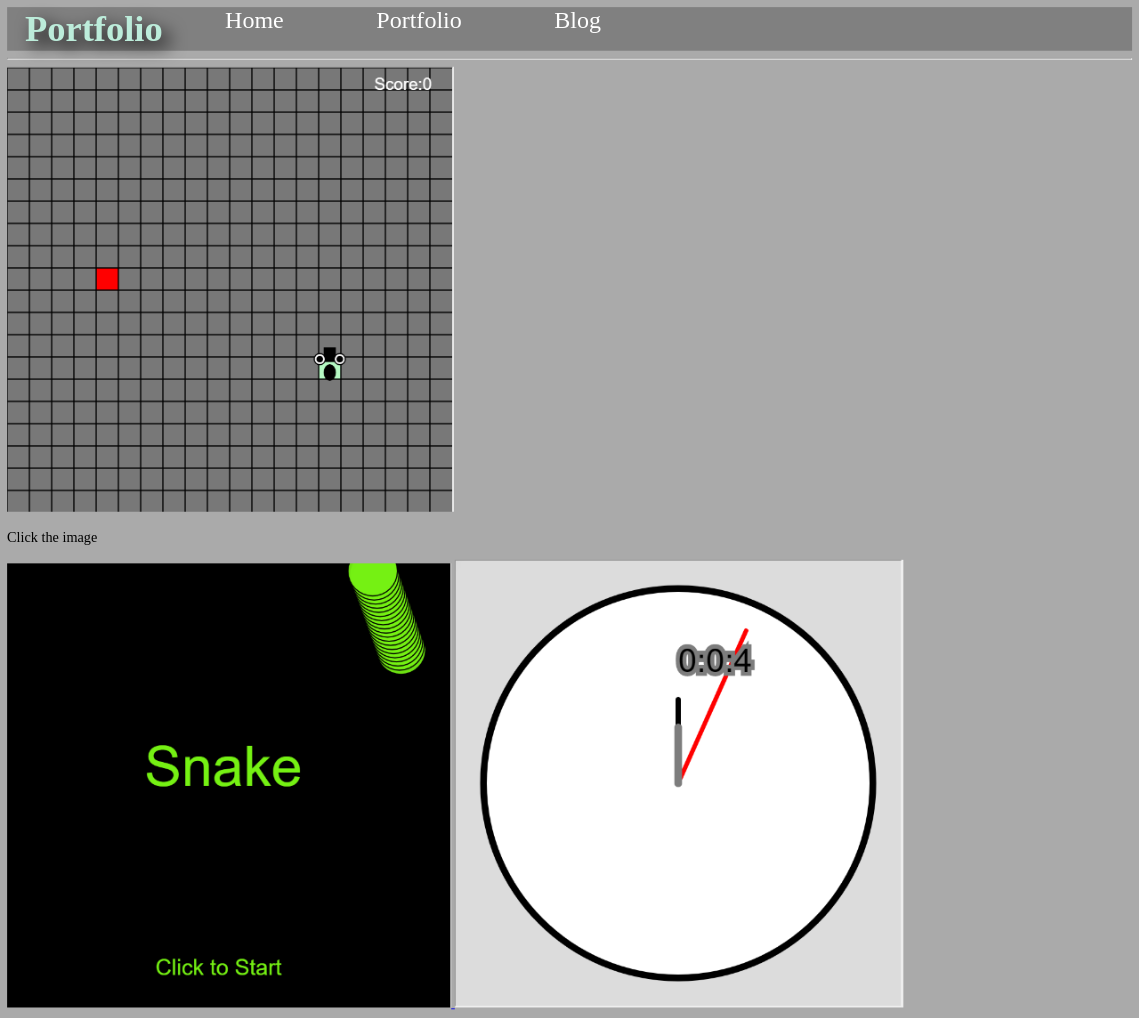
Repository: TundraGrassland/-TundraGrassland.github.io
Page: portfolio.html
The author's editor kept a record of every edit. The page is drawn from the files as they stood at one moment, then again after the next edit.
The browser window is 1280 px wide. The pictures show the whole page, at 89% of full size.

Above is the page before.

### portfolio.html
<!DOCTYPE html>
<html>
    <head>
        <title>Portfolio</title>
        <link rel='stylesheet' href='style.css'>
    </head>
    <body>
        <header>
            <h1>Portfolio</h1>
            <ul>
                <li><a class="interactive" href="index.html">Home</a></li>
                <li><a class="interactive" href="portfolio.html">Portfolio</a></li>
                <li><a class="interactive" href="blog.html">Blog</a></li>
            </ul>
            <br>
        </header>

        <hr>
        <a href = "ogSnake.html">
            <img src = "./img/ogSnake.png">
        </a>
        <br>
        <p>Click the image</p>
        <a href = "partySnake.html">
            <img src = "./img/partySnake.png">
        </a>
        <a href = "stopwatch.html">
            <img src = "./img/stopwatch.png">
        </a>

</html>

### style.css
header a{
    text-decoration:none;
    color:white;
    font-size:27px;
}
header ul{
    margin:0;
    padding:0;
}
header li{
    float:none;
    display:inline;
    padding:30px 50px 100px 50px;
}
header .interactive:hover{
    color:lightblue;
    font-family:Times;
    filter: drop-shadow(8px 8px 10px black);
}
header h1{
    margin:0;

    float:left;

    padding:0 20px 5px 20px;
    font-size:41px;
    filter: drop-shadow(8px 8px 10px black);
    color:#bcecda;
}
header{
    background-color:grey;
}
body{
    background-color:#aaaaaa;
}
.content{

    color:#ff8f00;
}
.current{
    color:#222222;
}

iframe{
  display: block;
  margin-left: auto;
  margin-right: auto;
}

After the next edit:
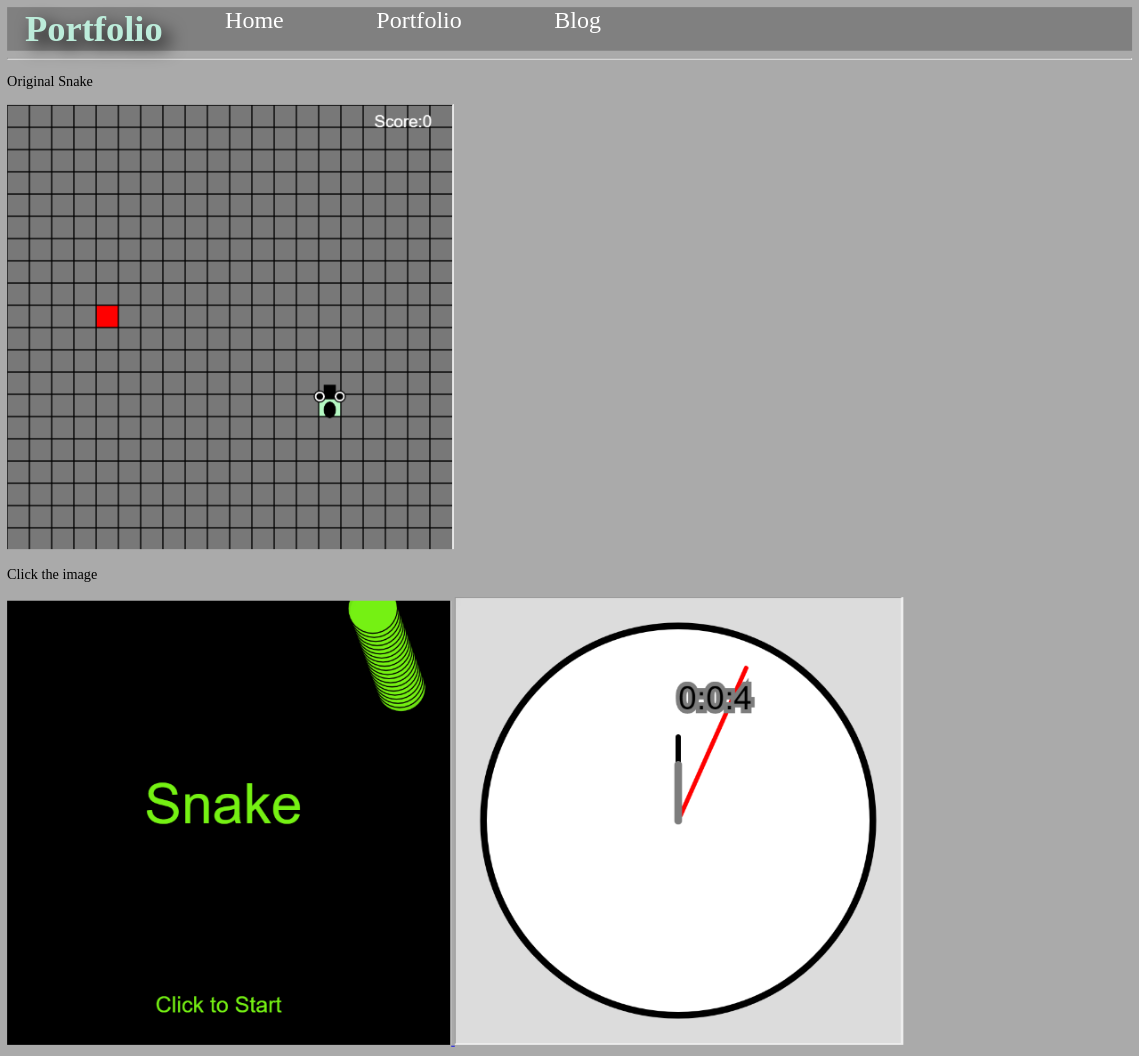
The edit:
--- a/portfolio.html
+++ b/portfolio.html
@@ -16,6 +16,7 @@
         </header>
 
         <hr>
+        <p>Original Snake</p>
         <a href = "ogSnake.html">
             <img src = "./img/ogSnake.png">
         </a>
